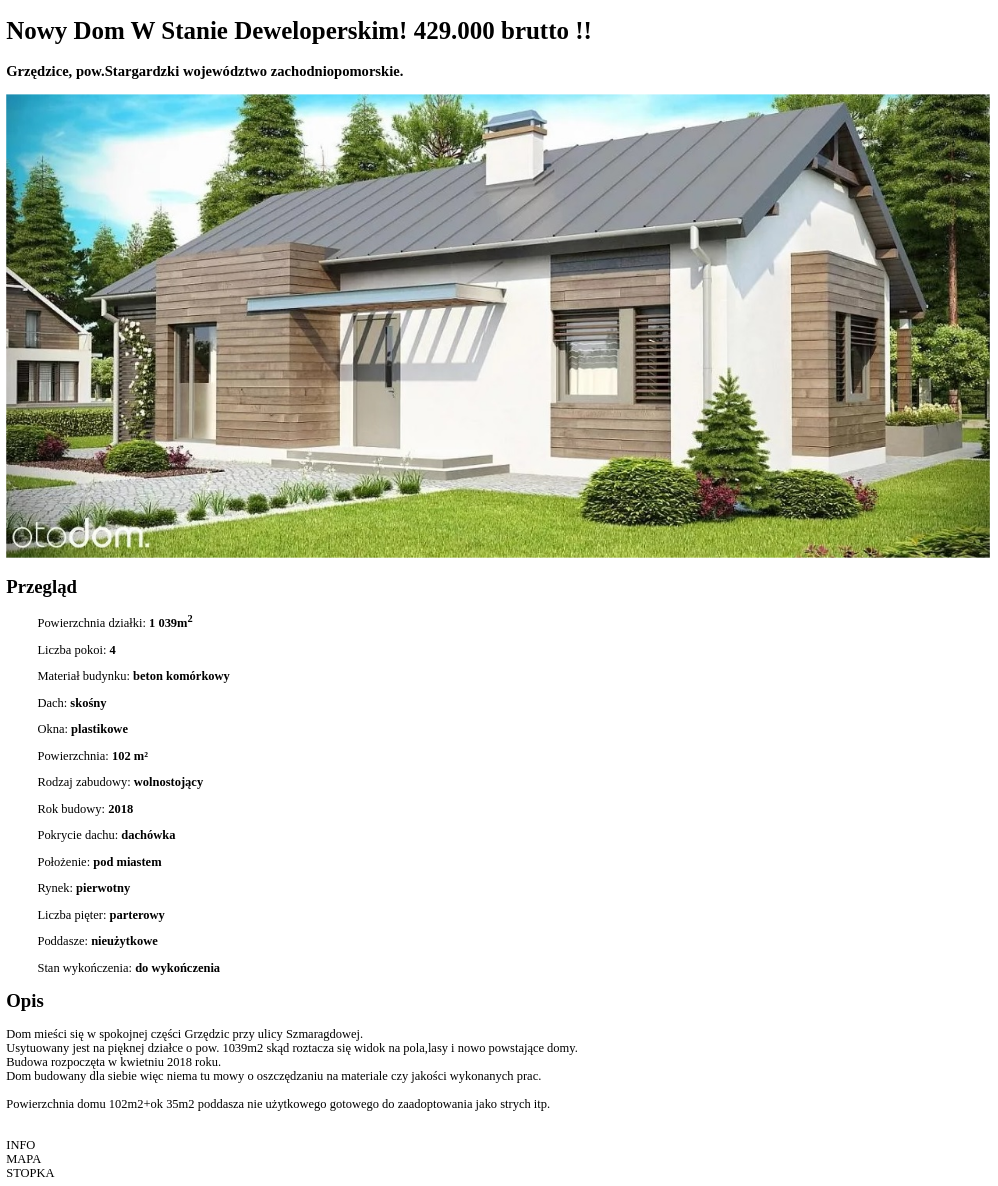
Repository: Slawek88/HomePage
Page: index.html
An editor plug-in stored every save of this project. The page is shown before and after the next save, followed by the edit.
The browser window is 1280 px wide. The pictures show the whole page, at 78% of full size.

Above is the page before, as saved 2019-02-28 13:08:05.

After the next save:
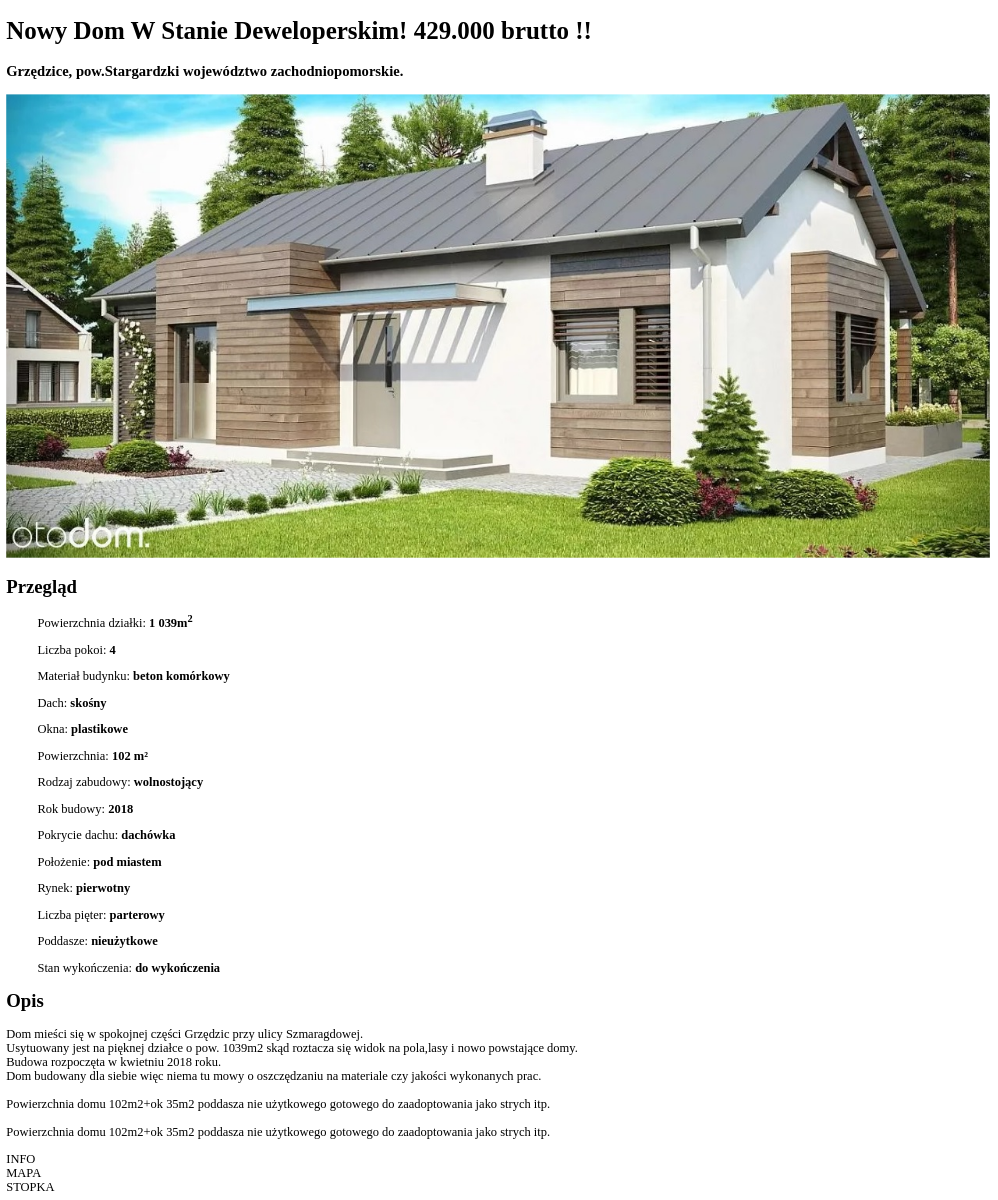
Saved 7 s later.
--- a/index.html
+++ b/index.html
@@ -96,7 +96,7 @@
             zaadoptowania jako strych itp.
             <br>
             <br>
-
+            Powierzchnia domu 102m2+ok 35m2 poddasza nie użytkowego gotowego do zaadoptowania jako strych itp.
           </p>
         </div>
         <div class="grid-tem grit-info">
